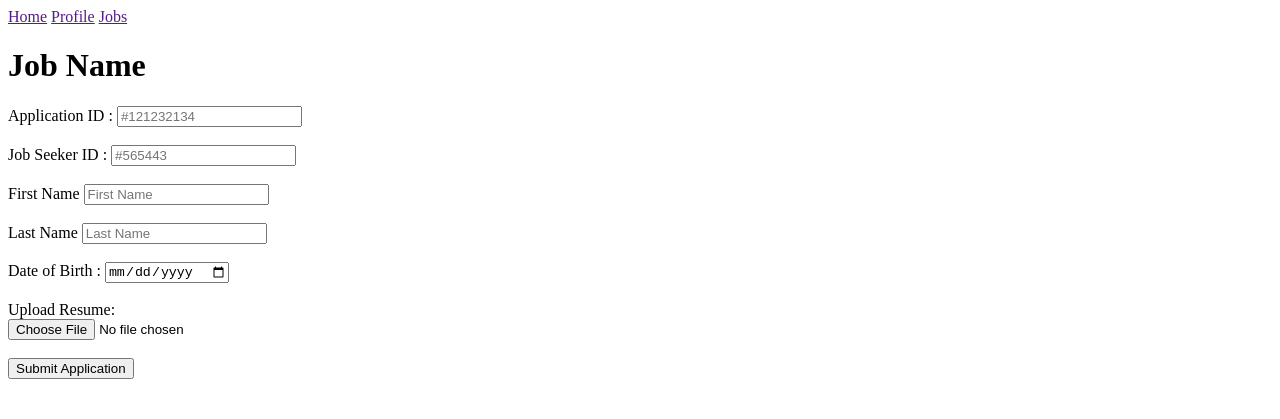
Repository: IT21221064/JobPortal
Page: http://localhost/JobApp/addProfile.jsp
These files come from the project's save history. The page is drawn as it stood at one moment and after the next save; the edit follows.
The browser window is 1280 px wide. The pictures show the whole page.
The page is served by Tomcat 9.

Above is the page before, as saved 2023-07-15 17:32:27.

### Project/JobApp/src/main/webapp/addProfile.jsp
<%@ page language="java" contentType="text/html; charset=ISO-8859-1"
    pageEncoding="ISO-8859-1"%>
<!DOCTYPE html>
<html>
<head>
<meta charset="ISO-8859-1">
<title>Insert title here</title>
</head>
<body>
<%@include file="nav.html" %>
<form method="post" action="#">
<h1>Job Name</h1>
<label for="aID">Application ID : </label>
<input type="text" name="aID" id="aID" placeholder="#121232134"><br><br>

<label for="jID">Job Seeker ID : </label>
<input type="text" name="jID" id="jID" placeholder="#565443"><br><br>

 <input value="id" type="hidden" name="user_id"/>
                <label>First Name</label>
                <input name="fname" class="form-control" placeholder="First Name" /><br><br>

                <label>Last Name</label>
                <input name="lname"  class="form-control" placeholder="Last Name" /><br><br>
<label for ="dob">Date of Birth : </label>
<input type="date" name="dob" id="dob"><br><br>

<label for="cv">Upload Resume: </label><br>

<input type="file" name="cv" id="cv"><br><br>

<input type="submit" value="Submit Application"><br><br>

</form>

</body>
</html>

### Project/JobApp/src/main/webapp/nav.html
<nav>
	<a href="">Home</a>
	<a href="">Profile</a>
	<a href="">Jobs</a>
</nav>

After the next save:
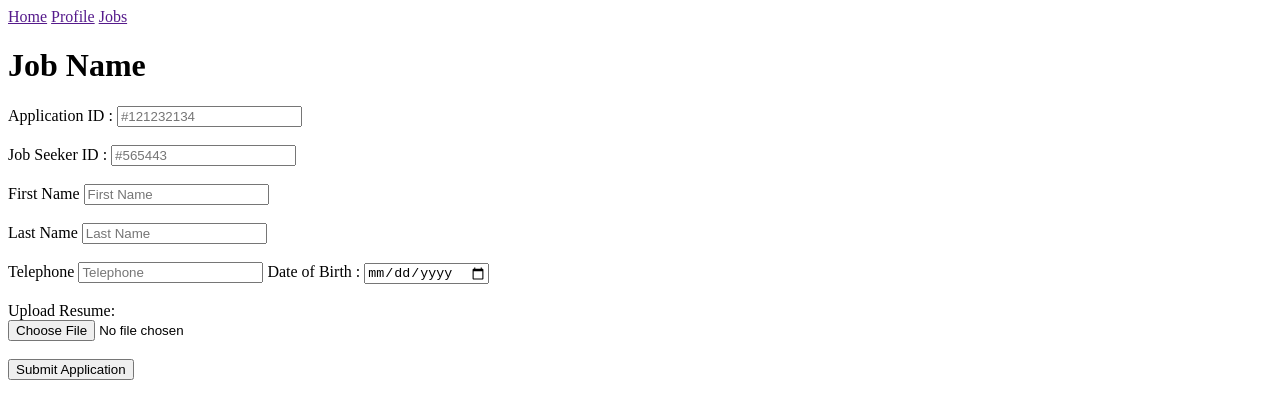
Saved 2 min 43 s later.
--- a/Project/JobApp/src/main/webapp/addProfile.jsp
+++ b/Project/JobApp/src/main/webapp/addProfile.jsp
@@ -22,6 +22,10 @@
 
                 <label>Last Name</label>
                 <input name="lname"  class="form-control" placeholder="Last Name" /><br><br>
+
+               <label>Telephone</label>
+               <input name="tp" class="form-control" type="number" placeholder="Telephone" />
+
 <label for ="dob">Date of Birth : </label>
 <input type="date" name="dob" id="dob"><br><br>
 
